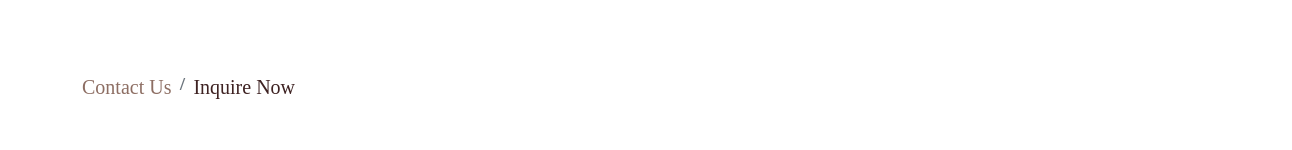
Repository: kaushalyaweerakoon/Plantation-Villa
Page: contact-us.html
These files come from the project's save history. The page is drawn as it stood at one moment and after the next save; the edit follows.
The browser window is 1280 px wide. The page is 1280 px wide, then 1292 px, so the pictures cover 1292 px, including what lies to the right of the window. The pictures show the part of the page from y = 1313 to 2101 px (the page is 1463 px tall before and 2101 px after).
Some web fonts or font styles are not loaded; a fallback is used.

Above is the page before, as saved 2022-08-15 14:47:47.
Not found: assets/js/main.js

### contact-us.html
<!doctype html>
<html lang="en">

<head>
    <meta charset="utf-8">
    <meta name="viewport" content="width=device-width, initial-scale=1">

    <title>Plantation Villa| News Inner</title>

    <!-- Bootstrap css -->
    <link href="https://cdn.jsdelivr.net/npm/bootstrap@5.2.0-beta1/dist/css/bootstrap.min.css" rel="stylesheet"
        integrity="sha384-0evHe/X+R7YkIZDRvuzKMRqM+OrBnVFBL6DOitfPri4tjfHxaWutUpFmBp4vmVor" crossorigin="anonymous">

    <!-- fonts -->
    <link href="http://fonts.cdnfonts.com/css/segoe-ui-4" rel="stylesheet">
    <link rel="preconnect" href="https://fonts.googleapis.com">
    <link rel="preconnect" href="https://fonts.gstatic.com" crossorigin>

    <!-- swiperJS -->
    <link rel="stylesheet" href="https://unpkg.com/swiper@8/swiper-bundle.min.css" />

    <!-- custom css -->
    <link rel="stylesheet" href="asserts/css/main.css">

</head>


<!-- Section 2-->
<section class="container mt-md-4 mt-3 mb-5 pb-4">
    <p class="title pt-3">CONTACT US</p>

    <div class="text-center" id="">
        <p class="text">
            Lorem ipsum dolor sit amet, consectetur adipiscing elit. Cras cursus velit eu efficitur ultricies. Ut
            interdum et ipsum quis mattis. Sed bibendum arcu non sodales euismod. Proin ac metus quis ligula tempus
            commodo id a nunc.
        </p>
    </div>
</section>

<div class="container pb-4">
    <!-- Breadcrumb -->
    <nav aria-label="" class="mt-5 mb-4 ">
        <ol class="breadcrumb">
            <li class="breadcrumb-item"><a href="" class="breadcrumb-text fs-13-px text-font-family">Contact
                    Us </a>
            <li class="breadcrumb-item"><a href="" aria-current="page"
                    class="breadcrumb-text active fs-13-px text-font-family">Get In Touch</a>
            </li>
        </ol>
    </nav>
    <!--/ Breadcrumb -->

    <div class="row gy-3 gx-4">
        <div class="col-md-4 col-xl-2 pe-xl-5">

            <div class="col-xl-12 pb-5">
                <p class="country-text">Sri Lanka</p>
                <p class="">Wattalaya Watta,<br>
                    Nehinna, Dodangoda,<br>
                    Kalutara, Sri Lanka</p>
                <ul class="list-unstyled">
                    <li><a class="mb-3 lh-lg text-dark text-decoration-none"
                            href="reservations@srimal.com">reservations@srimal.com</a>
                    </li>
                    <li><a class="text-dark text-decoration-none" href="tel:++090123456789">+090123456789</a></li>
                </ul>
            </div>
        </div>

        <div class="col-md-4 col-xl-2 pe-xl-5">
        </div>

        <div class="col-md-4 col-xl-2 pe-xl-5">
            <div class="col-xl-12 pb-5">
                <p class="country-text">UK</p>
                <p class="">Wattalaya Watta,<br>
                    Nehinna, Dodangoda,<br>
                    Kalutara, Sri Lanka</p>
                <ul class="list-unstyled">
                    <li><a class="mb-3 lh-lg text-dark text-decoration-none"
                            href="reservations@srimal.com">reservations@srimal.com</a>
                    </li>
                    <li><a class="text-dark text-decoration-none" href="tel:++090123456789">+090123456789</a></li>
                </ul>
            </div>

        </div>
    </div>
</div>


<!-- map section-->
<section class="container mt-md-4 mt-3 mb-5 pb-4">

    <div class="ratio" style="--bs-aspect-ratio: 50%;">
        <iframe
            src="https://www.google.com/maps/embed?pb=!1m14!1m8!1m3!1d52824.16461165647!2d80.37247646048803!3d7.61515466786648!3m2!1i1024!2i768!4f13.1!3m3!1m2!1s0x3ae333391ecc0a0d%3A0x8a95434c984a12bf!2sARALIYA%20HOTEL!5e0!3m2!1sen!2slk!4v1660547131912!5m2!1sen!2slk"
            width="600" height="450" style="border:0;" allowfullscreen="" loading="lazy"
            referrerpolicy="no-referrer-when-downgrade"></iframe>
    </div>
</section>
<!-- map section -->

<!-- Breadcrumb -->
<div class="container pb-4">
    <nav aria-label="" class="mt-5 mb-4 ">
        <ol class="breadcrumb">
            <li class="breadcrumb-item"><a href="" class="breadcrumb-text fs-13-px text-font-family">Contact
                    Us </a>
            <li class="breadcrumb-item"><a href="" aria-current="page"
                    class="breadcrumb-text active fs-13-px text-font-family">Inquire Now</a>
            </li>
        </ol>
    </nav>
</div>
<!--/ Breadcrumb -->





<!-- bootstrap -->
<script src="https://cdn.jsdelivr.net/npm/bootstrap@5.2.0-beta1/dist/js/bootstrap.bundle.min.js"
    integrity="sha384-pprn3073KE6tl6bjs2QrFaJGz5/SUsLqktiwsUTF55Jfv3qYSDhgCecCxMW52nD2"
    crossorigin="anonymous"></script>

<!-- swiperJS -->
<script src="https://unpkg.com/swiper@8/swiper-bundle.min.js"></script>

<!-- custom script -->
<script src="assets/js/main.js"></script>


</body>

</html>

### asserts/css/main.css
/* Call the root */
:root {
  --Lora-font: 'Lora';
  --Segoe-font: 'Segoe UI';

  --font-size-14px: 18px;
  --font-size-20px: 20px;
  --font-size-22px: 22px;
  --font-size-25px: 25px;
  --font-size-30px: 30px;
  --font-size-35px: 35px;
  --font-size-40px: 40px;

  --font-color-8d6e63: #8d6e63;
  --font-color-3e2222: #3e2222;
  --bggreen: #7d824a;
  --co-white: #ffffff;
}

/* Create clases for fronts */
.Lora-ff {
  font-family: var(--Lora-font);
}

.Segoe-ff {
  font-family: var(--Segoe-font);
}

/* Create clases for front sizes*/
.fs-18-px {
  font-size: var(--font-size-18px)
}

.fs-20-px {
  font-size: var(--font-size-20px)
}

.fs-22-px {
  font-size: var(--font-size-22px)
}

.fs-25-px {
  font-size: var(--font-size-22px)
}

.fs-30-px {
  font-size: var(--font-size-30px)
}

.fs-35-px {
  font-size: var(--font-size-35px)
}

.fs-40-px {
  font-size: var(--font-size-40px)
}

/* Color */
.txt-purple {
  color: var(--font-color-8d6e63)
}

.txt-red {
  color: var(--font-color-3e2222)
}

/* news inner */

/* Breadcrumb */
.breadcrumb-text {
  font-family: var(--Lora-font);
  text-decoration: none;
  color: var(--font-color-8d6e63);
  font-weight: normal;
  font-size: var(--font-size-20px);
}

.breadcrumb-text.active {
  color: var(--font-color-3e2222);
  text-decoration: none;
  font-weight: normal;
}

.breadcrumb-text:hover {
  font-family: var(--Lora-font);
  font-size: var(--font-size-35px);
  color: var(--font-color-8d6e63);
  text-decoration: none;
}

/* -- */

.newsinner-date {
  color: var(--font-color-8d6e63);
  font-family: var(--Segoe-font);
  font-size: var(--font-size-20px);
}

.newsinner-head {
  color: var(--font-color-3e2222);
  font-family: var(--Lora-font);
  font-size: 45px;
  font-weight: normal;
}

.newsinner-text{
  font-size: var(--font-size-22px);
  font-family: var(--Segoe-font);
}

/* Heading */

.title {
  font-size: var(--font-size-30px);
  font-family: var(--Segoe-font);
  color: var(--font-color-8d6e63);
  text-align: center;
  margin-bottom: clamp(40px, 5vw, 71px);
}
.text{
  font-size: var(--font-size-22px);
  font-family: var(--Segoe-font);
  color: #000;
}

/* contact us */
.country-text {
  font-family: var(--Lora-font)!important;
  color: var(--font-color-3e2222);
  font-weight: normal;
  font-size: var(--font-size-30px);
}

After the next save:
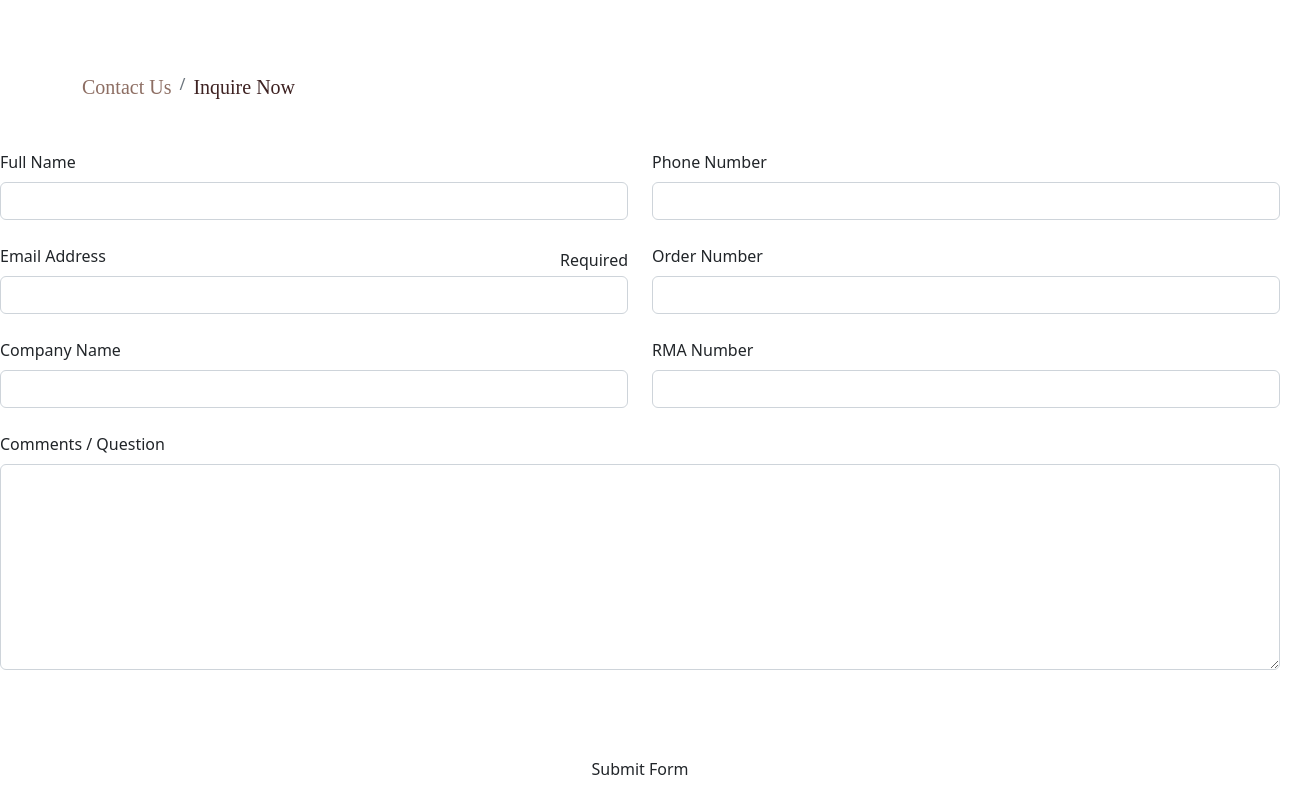
Saved 7 min 10 s later.
--- a/contact-us.html
+++ b/contact-us.html
@@ -116,7 +116,47 @@
 </div>
 <!--/ Breadcrumb -->
 
-
+<div id="contact-us">
+    <form>
+        <div class="row row-cols-1 row-cols-md-2 mb-5 pb-2">
+            <div class="col mb-4">
+                <label for="fullname" class="form-label">Full Name</label>
+                <input type="text" class="form-control" id="fullname" aria-describedby="emailHelp">
+            </div>
+            <div class="col mb-4">
+                <label for="phonenumber" class="form-label">Phone Number</label>
+                <input type="tel" class="form-control" id="phonenumber">
+            </div>
+            <div class="col mb-4">
+                <div class="d-flex justify-content-between align-items-center">
+                    <label for="emailaddress" class="form-label">Email Address</label>
+                    <label class="required">Required</label>
+                </div>
+                <input type="email" class="form-control" id="emailaddress" aria-describedby="emailHelp">
+            </div>
+            <div class="col mb-4">
+                <label for="order" class="form-label">Order Number</label>
+                <input type="text" class="form-control" id="order">
+            </div>
+            <div class="col mb-4">
+                <label for="company" class="form-label">Company Name</label>
+                <input type="text" class="form-control" id="company" aria-describedby="emailHelp">
+            </div>
+            <div class="col mb-4">
+                <label for="rma" class="form-label">RMA Number</label>
+                <input type="text" class="form-control" id="rma">
+            </div>
+            <div class="col-md-12 mb-4">
+                <label for="comment" class="form-label">Comments / Question</label>
+                <textarea class="form-control h-auto" id="comment" rows="8"></textarea>
+            </div>
+        </div>
+        <div class="d-flex justify-content-center">
+            <button type="submit" class="btn submit-form-button text-font-family fs-18-px">Submit Form</button>
+        </div>
+    </form>
+</div>
+</section>
 
 
 
